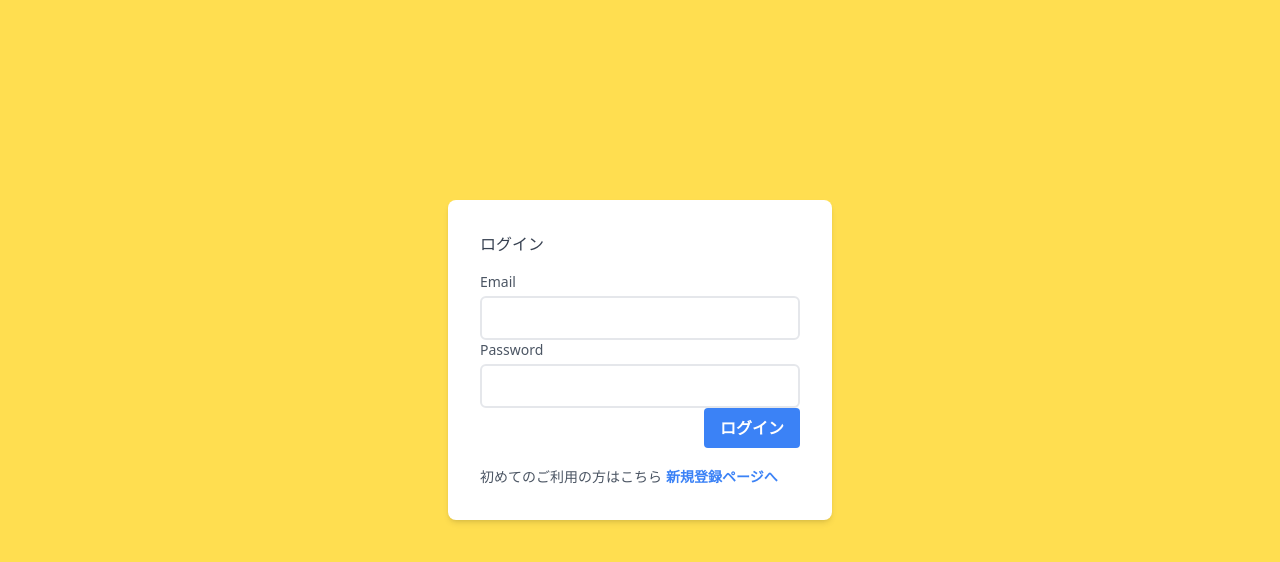
Repository: daidai0602/gs_kadai_js_sensyuken
Page: /auth/login
These files come from the project's save history. The page is drawn as it stood at one moment and after a run of saves; the edit follows.
The browser window is 1280 px wide. The pictures show the whole page.
The project was rebuilt for these pictures with package versions that can differ from the ones it lists, and the page was loaded fresh each time. The framework's server and built-in components were replaced by stand-ins that run in the browser. Also part of the build but not shown: next.config.js.

Above is the page before, as saved 2023-11-09 12:44:14.

### src/app/auth/login/page.tsx
"use client";

import { auth } from '@/app/firebase';
import { createUserWithEmailAndPassword, signInWithEmailAndPassword } from 'firebase/auth';
import Link from 'next/link';
import { useRouter } from 'next/navigation';
import React from 'react';
import { useForm, SubmitHandler } from "react-hook-form";

type Inputs = {
  email: string;
  password: string;
};

const Login = () => {
  const router = useRouter();

  const {
    register,
    handleSubmit,
    formState: {errors},
  } = useForm<Inputs>();

  const onSubmit: SubmitHandler<Inputs> = async (data) => {
    await signInWithEmailAndPassword(auth, data.email, data.password)
    .then((userCredential) => {
      const user = userCredential.user;
      router.push("/");
    })
    .catch((error) => {
      // alert(error);
      if (error.code === "auth/invalid-login-credentials"){
        alert("そのようなユーザーは存在しません。");
      } else {
        alert(error.message);
      }
    });
  };

  return (
    <div className="h-screen flex flex-col items-center justify-center">
      <form  onSubmit={handleSubmit(onSubmit)}
        className="bg-white p-8 rounded-lg shadow-md w-96" >
          <h1 className="mb-4 text-gray-700 text-2x1 font-medium">ログイン</h1>
            <div>
                <label className="block text-sm font-medium text-gray-600">
                  Email
                </label>
                <input {...register("email",{
                  required: "メールアドレスは必須です。",
                  pattern: {
                    value:
                      /^[a-zA-Z0-9_.+-]+@([a-zA-Z0-9][a-zA-Z0-9-]*[a-zA-Z0-9]*\.)+[a-zA-Z]{2,}$/,
                      message: "不適切なメールアドレスです。",
                  },
                })}
                type="text"
                className="mt-1 border-2 rounded-md w-full p-2"
                />
                {errors.email && <span class="text-red-600 text-sm"> {errors.email.message}</span>}
            </div>
            <div>
                <label className="block text-sm font-medium text-gray-600">
                  Password
                </label>
                <input
                {...register("password",{
                  required: "パスワードは必須です。",
                  minLength: {
                    value: 6,
                    message: "6文字以上入力してください。",
                  }
                })}
                  type="password" className="mt-1 border-2 rounded-md w-full p-2" />
                  {errors.password && <span class="text-red-600 text-sm"> {errors.password.message}</span>}
            </div>

            <div className="flex justify-end">
              <button
              type="submit" className="bg-blue-500 text-white font-bold py-2 px-4 rounded hover:text-blue-700">ログイン
              </button>
            </div>
            <div className="mt-4">
            <span className="text-gray-600 text-sm">
              初めてのご利用の方はこちら
            </span>
            <Link
            href={"/auth/register"}
            className="text-blue-500 text-sm font-bold ml-1 hover:text-blue-700">
              新規登録ページへ
            </Link>
          </div>

        </form>
      </div>
  );
};

export default Login;

### src/app/globals.css
@tailwind base;
@tailwind components;
@tailwind utilities;

body{
  background-color: #FFDE50;
}

### src/context/AppContext.tsx
"use client";

import { auth } from "@/app/firebase";
import { unsubscribe } from "diagnostics_channel";
import { User, onAuthStateChanged } from "firebase/auth";
import { type } from "os";
import React, { ReactNode, createContext, useContext, useEffect, useState } from "react";

type AppProviderProps = {
  children: ReactNode;
};

type AppContextType = {
  user: User | null;
  userId: string | null;
  setUser: React.Dispatch<React.SetStateAction<User | null>>;
  selectedRoom: string | null;
  setSelectedRoom: React.Dispatch<React.SetStateAction<string | null>>;
};


const defalutContextData = {
  user: null,
  userId: null,
  setUser: () => {},
  selectedRoom: null,
  setSelectedRoom: () => {},
};

const AppContext = createContext<AppContextType>(defalutContextData);

export function AppProvider({ children }: AppProviderProps){
  const [user, setUser] = useState<User | null>(null);
  const [userId, setUserId] = useState<string | null>(null);
  const [selectedRoom, setSelectedRoom] = useState<string | null>(null);

  useEffect(() => {
    const unsubscribe = onAuthStateChanged(auth, (newUser) => {
      setUser(newUser);
      setUserId(newUser ? newUser.uid : null);
    });
    return() => {
      unsubscribe();
    };
  },[]);


   return (
      <AppContext.Provider
        value={{ user, userId, setUser, selectedRoom, setSelectedRoom}}
      >
        {children}
      </AppContext.Provider>
   );
  }

export function useAppContext(){
  return useContext(AppContext);
}

### src/app/firebase.ts
// Import the functions you need from the SDKs you need
import { initializeApp } from "firebase/app";
import { getFirestore } from "firebase/firestore";
import { getAuth } from "firebase/auth";

// Your web app's Firebase configuration
const firebaseConfig = {
  apiKey: "AIzaSyBwM9RYvrQ9qaUo2PTrSCf_fjIRLFaRbtU",
  authDomain: "chatapplication-with-cha-27086.firebaseapp.com",
  projectId: "chatapplication-with-cha-27086",
  storageBucket: "chatapplication-with-cha-27086.appspot.com",
  messagingSenderId: "731148394334",
  appId: "1:731148394334:web:5e828b1faf849b8111f9cf"
};

// Initialize Firebase
const app = initializeApp(firebaseConfig);
export const db = getFirestore(app);
export const auth = getAuth(app);

Loaded but not shown: src/app/layout.tsx (common file); tailwind.config.ts (common file)

After the next 2 saves:
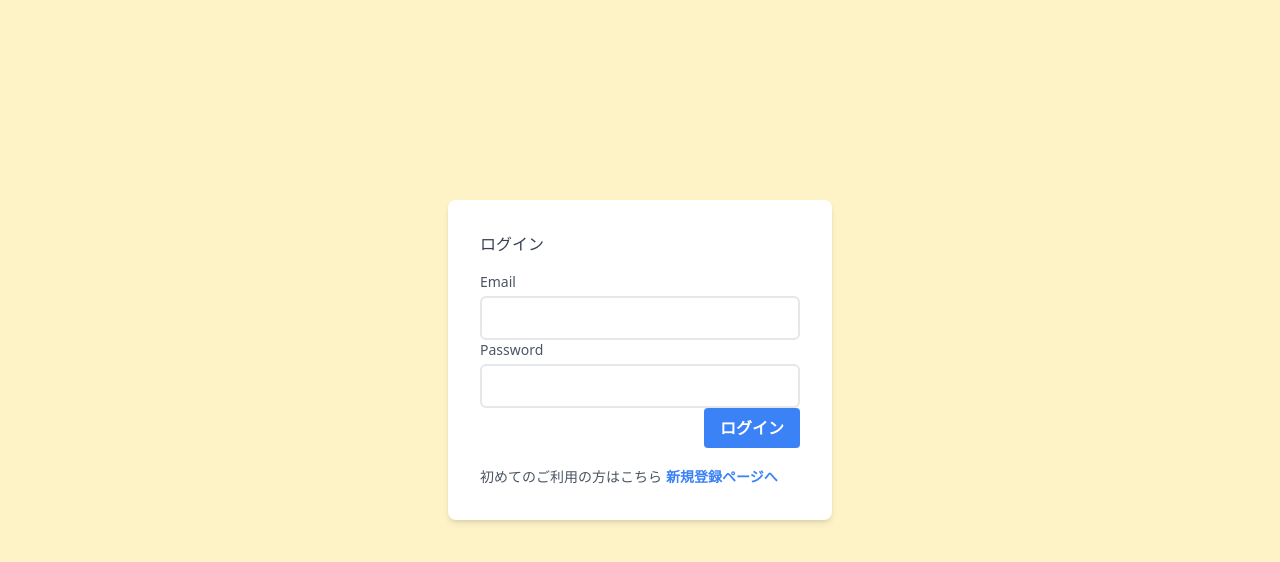
The 2 saves are shown as one change because they came seconds apart.
The last was saved 54 s later.
--- a/src/app/globals.css
+++ b/src/app/globals.css
@@ -3,5 +3,5 @@
 @tailwind utilities;
 
 body{
-  background-color: #FFDE50;
+  background-color: rgb(254 243 199);
 }
